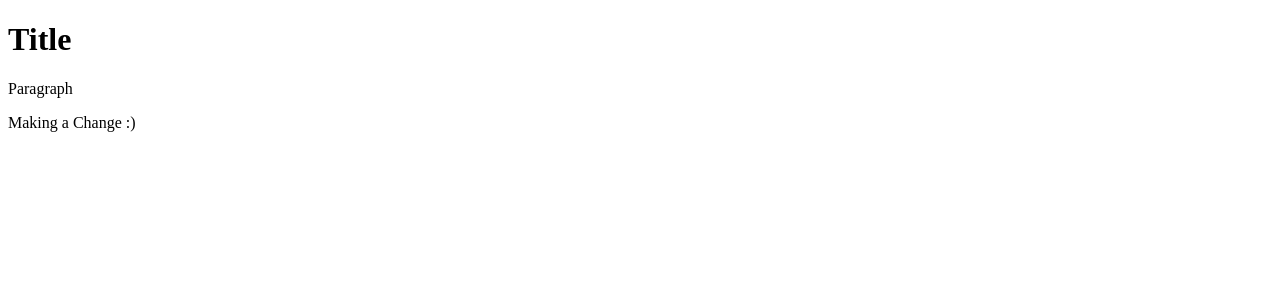
Repository: br4y/br4y.github.io
Page: index.html
The author's editor kept a record of every edit. The page is drawn from the files as they stood at one moment, then again after the next edit.
The browser window is 1280 px wide. The pictures show the whole page.

Above is the page before.

### index.html
<!DOCTYPE html>
<html>

    <style>

    </style>

    <head>
        <h1>Title</h1>
    </head>

    <body>
        <p>Paragraph</p>
        <p>Making a Change :)</p>
    </body>

</html>

After the next edit:
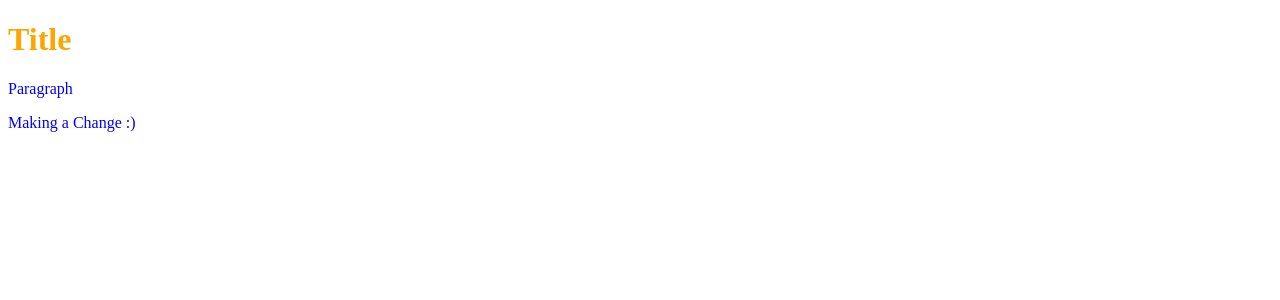
The edit:
--- a/index.html
+++ b/index.html
@@ -2,7 +2,13 @@
 <html>
 
     <style>
+        h1 {
+            color:orange;
+        }
 
+        p {
+            color:blue;
+        }
     </style>
 
     <head>
